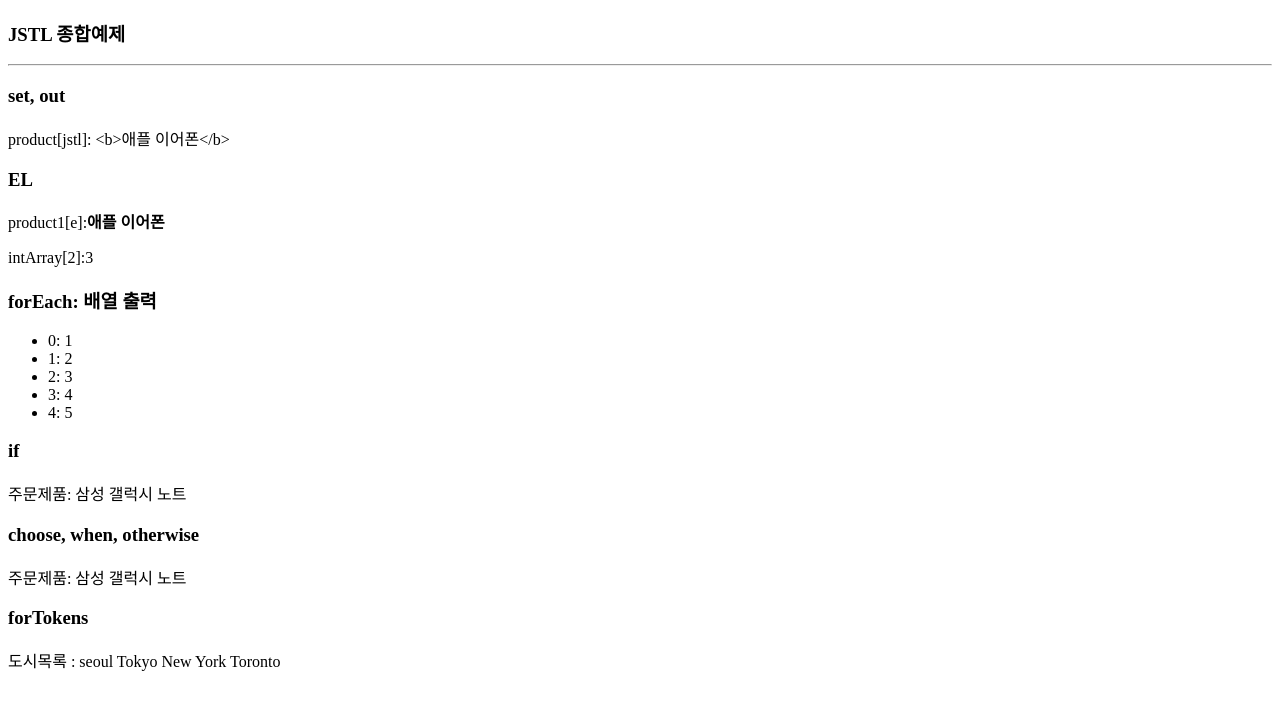
Repository: Hwater00/JSP-practice
Page: http://localhost/jwbook/ch07/jstlExam.jsp
An editor plug-in stored every save of this project. The page is shown before and after the next save, followed by the edit.
The browser window is 1280 px wide. The pictures show the whole page.
The page is served by Tomcat 9.

Above is the page before, as saved 2023-07-31 02:55:30.

After the next save:
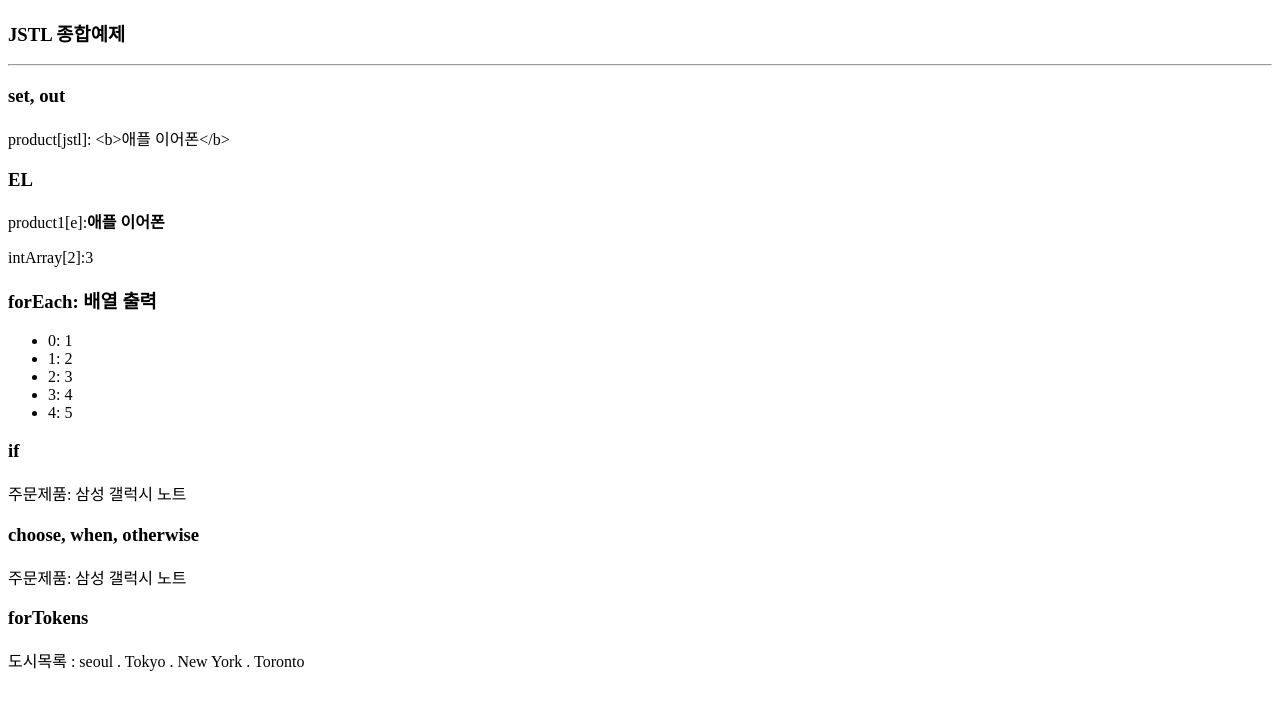
Saved 12 min 34 s later.
--- a/javaWorkspace/jwbook/src/main/webapp/ch07/jstlExam.jsp
+++ b/javaWorkspace/jwbook/src/main/webapp/ch07/jstlExam.jsp
@@ -55,6 +55,7 @@
 	<c:forTokens var="city" items="seoul|Tokyo|New York|Toronto" delims="|" varStatus="i">
 	    <c:if test="${i.first}">도시목록 : </c:if>
 	    ${city}
+	    <c:if test="${!i.last}">. </c:if>
 	</c:forTokens>
 
 </body>
